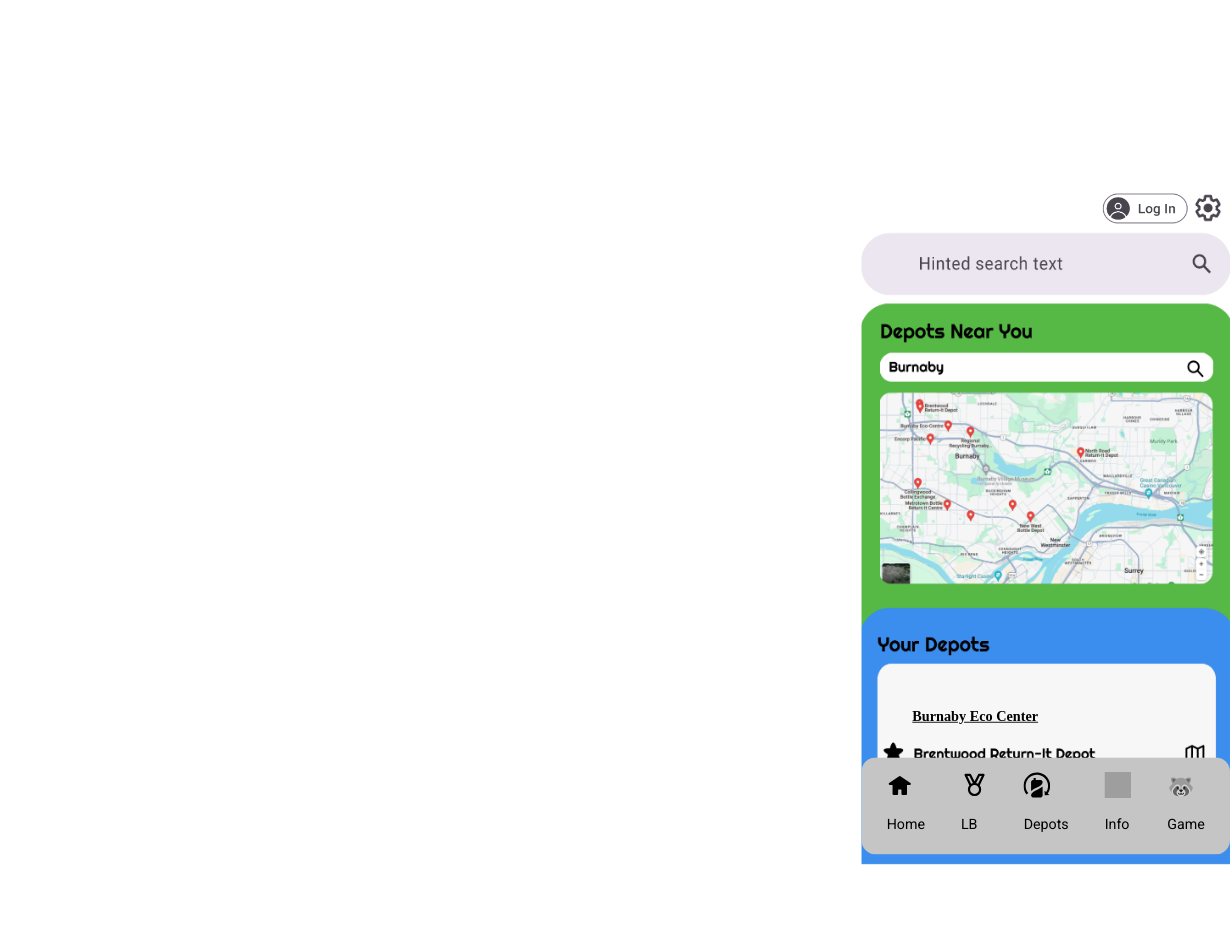
Repository: alemunden/Trash-Scavengers
Page: /Depots
The author's editor kept a copy of each file at every save. The page is drawn from the files as they stood at one save, then again after the next save.
The browser window is 1280 px wide. The page is 1382 px wide, so the pictures cover 1382 px, including what lies to the right of the window. The pictures show the whole page, at 89% of full size.
Pictures or frames that could not be fetched are drawn as grey boxes. The project was rebuilt for these pictures with package versions that can differ from the ones it lists, and the page was loaded fresh each time. The framework's server and built-in components were replaced by stand-ins that run in the browser. Also part of the build but not shown: next.config.mjs, styles/Home.module.css.

Above is the page before, as saved 2024-05-06 08:48:54.

After the next save:
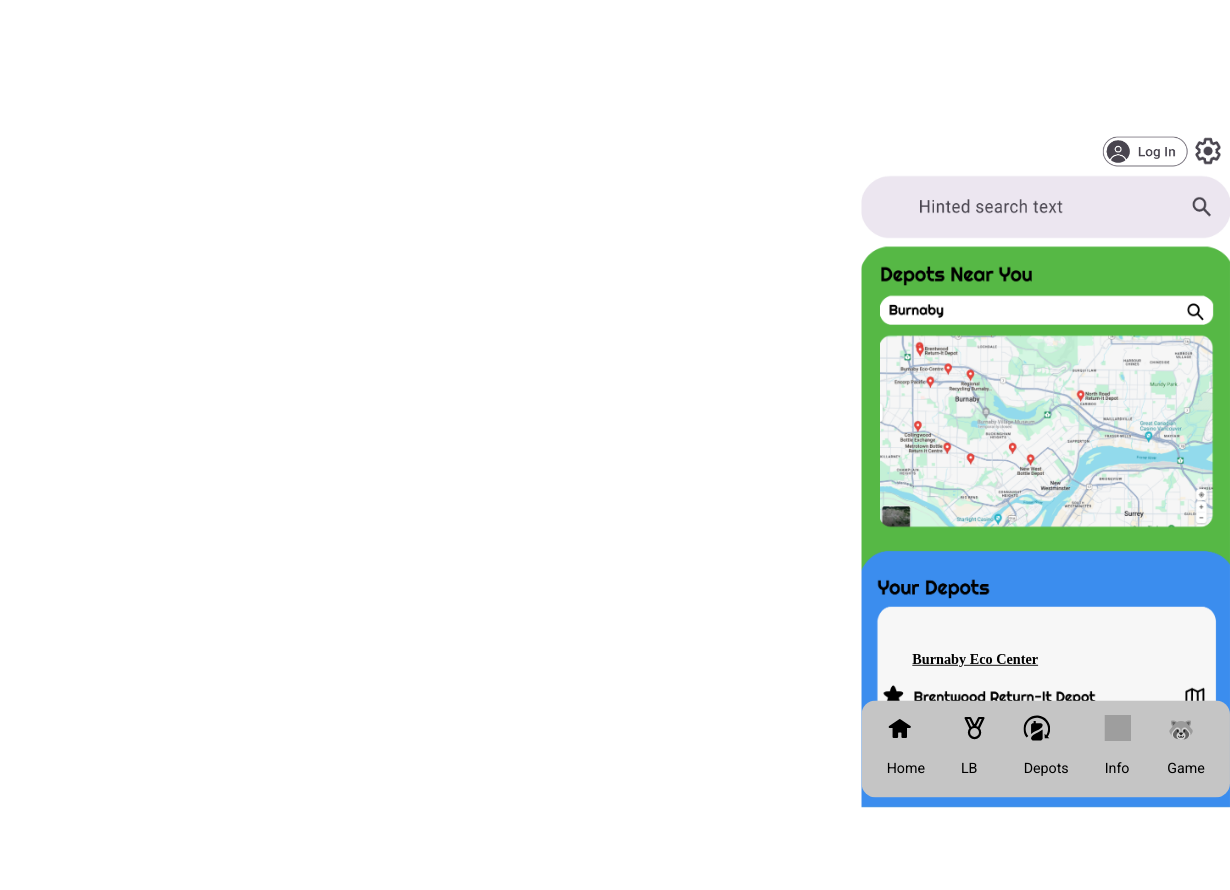
Saved 5 s later.
--- a/styles/globals.css
+++ b/styles/globals.css
@@ -18,7 +18,7 @@ html, body {
     width: 414px;
     position: absolute;
     left: 30rem;
-    top: 5rem;
+    top: 3rem;
   }
 
 main {
